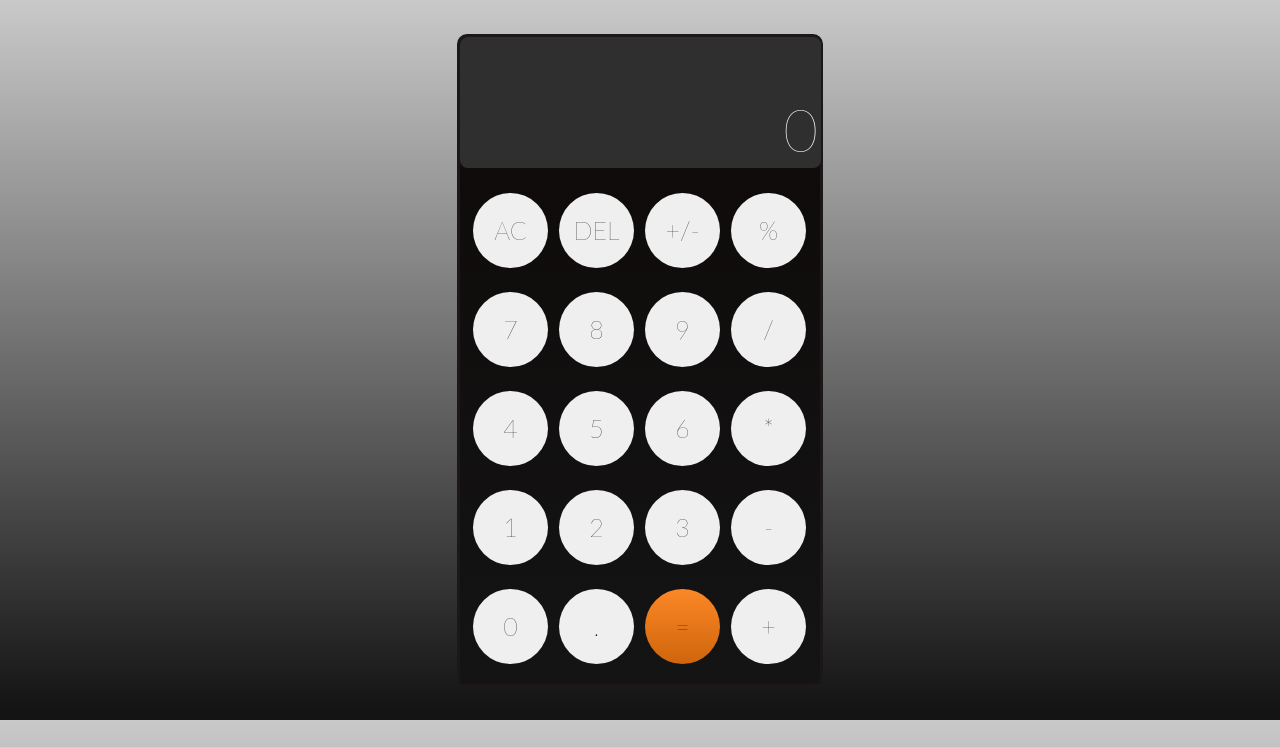
Repository: MhlengiNgubane/BrainnestJsTwo
Page: index.html
The author's editor kept a copy of each file at every save. The page is drawn from the files as they stood at one save, then again after the next save.
The browser window is 1280 px wide. The pictures show the whole page.

Above is the page before, as saved 2022-09-12 09:24:14.

### index.html
<!DOCTYPE html>
<html lang="en">
<head>
    <meta charset="UTF-8">
    <meta http-equiv="X-UA-Compatible" content="IE=edge">
    <meta name="viewport" content="width=device-width, initial-scale=1.0">
    <title>CALCULATOR</title>

    <link rel="stylesheet" href="style.css">
</head>
    <body>
        <div class="wrapper">
            <div class="container">
                <div class = "display"><p>0</p></div>
                <div class="buttons">
                    <button value="AC" class="brown clear">AC</button>
                    <button value="DEL" class="brown delete">DEL</button>
                    <button value="+/-" class="brown plusMinus">+/-</button>
                    <button value="%" class="brown percent">%</button>

                    <button value="7" class="number">7</button>
                    <button value="8" class="number">8</button>
                    <button value="9" class="number">9</button>
                    <button value="/" class="brown operator">/</button>

                    <button value="4" class="number">4</button>
                    <button value="5" class="number">5</button>
                    <button value="6" class="number">6</button>
                    <button value="*" class="brown operator">*</button>

                    <button value="1" class="number">1</button>
                    <button value="2" class="number">2</button>
                    <button value="3" class="number">3</button>
                    <button value="-" class="brown operator">-</button>

                    <button value="0" class="zero number">0</button>
                    <button value="." class="decimal">.</button>
                    <button value="=" class="equal operator">=</button>
                    <button value="+" class="brown operator">+</button>
                </div>
            </div>
        </div>
        <script src="App.js"></script>
    </body>
</html>

### style.css
* {
    border: 0;
    margin: 0;
    padding: 0;
    font-family: 'lato';
    font-weight: 100;
}

body{
    font-family: 'Roboto';
    font-weight: 400;
    background: linear-gradient(360deg, #141414 1.56%, rgba(0, 0, 0, 0.21) 100%);
    width: 100%;
    height: 100vh;
    display: flex;
    flex-direction: column;
    align-items: center;
    justify-content: center;
}



.container{
    align-items: center;
    margin: auto;
    margin-top: 60px;
    width: 360px;
    border: 20px;
    border: 3px solid #1d1818;
    background-color: #130e0e;
    border-radius: 10px;
    margin-bottom: 60px;
}

.display {
    position: relative;
    width: 355px;
    height: 125px;
    border: 3px solid #2f2f2f;
    text-align: right;
    border-radius: 8px;
    background-color: #2f2f2f;
    color: #fff;
}

.display p {
    position: absolute;
    bottom:0;
    right:0;
    font-size: 60px;
}

.buttons{
    display: grid;
    grid-template-columns: repeat(4, 1fr);
    row-gap: 10px;
    column-gap: 10px;
    background: linear-gradient(360deg, #141414 1.56%, rgba(0, 0, 0, 0.21) 100%);
    padding: 18px 13px 13px 13px;
}

button{
    border: 1;
    outline: none;
    height: 75px;
    width: 75px;
    border-radius: 70px;
    text-align: center;
    margin-top: 7px;
    margin-bottom: 7px;
    font-size: 25px;
}

.grey{
    background: linear-gradient(180deg, #7F878C 0%, #4C5154 100%);
}


.equal{
    background: linear-gradient(180deg, #FC8827 0%, #CF650C 100%);
}

@media(max-width: 430px){
    .wrapper{
        width: 100%;
        height: 100%;
        border-radius: 0;
    }

    .buttons{
        row-gap: 5px;
        column-gap: 5px;
        background: linear-gradient(360deg, #141414 1.56%, rgba(0, 0, 0, 0.21) 100%);
        padding: 18px 13px 13px 13px;
    }


}

### App.js
/* Add two numbers */
function add(firstNumber, secondNumber){
  return firstNumber + secondNumber;
}
/* subtract two numbers */
function subtract(firstNumber, secondNumber){
  return firstNumber - secondNumber;
}
/* multiply two numbers */
function multiply(firstNumber, secondNumber){
  return firstNumber * secondNumber;
}
/* divide two numbers */
function divide(firstNumber, secondNumber){
  return firstNumber / secondNumber;
}
/* Make the operations */
function operate(operator, firstNumber, secondNumber){
  if(operator === '+'){
      return add(firstNumber, secondNumber);
  }
  else if(operator === '-'){
      return subtract(firstNumber, secondNumber);
  }
  else if(operator === '*'){
      return multiply(firstNumber, secondNumber);
  }
  else if(operator === '/'){
      return divide(firstNumber, secondNumber);
  }
  return secondNumber;
}

const display = document.querySelector('.display, p');

const calculator = {
  displayValue: '0',
  firstNumber: null,
  operator: null,
  secondNumber: false,
};

function clear() {
  calculator.displayValue = '0';
  calculator.firstNumber = null;
  calculator.operator = null;
  calculator.secondNumber = false;
}

function updateDisplay() {
  display.value = calculator.displayValue;
}

const buttons = document.querySelector('.buttons');
buttons.addEventListener('click', (e) => {
const target = e.target;

  if (!target.matches('button')) {
      return;
  }

  if (target.classList.contains('clear')) {
      clear();
      updateDisplay();
      return;
  }

  if (target.classList.contains('delete')) {
      undo();
      return;
  }

  if (target.classList.contains('plusMinus')) {
      plusMinus();
      return;
  }

  if (target.classList.contains('percent')) {
      percentage();
      return;
  }

  if (target.classList.contains('decimal')) {
      decimal(target.value);
      updateDisplay();
      return;
  }

  if (target.classList.contains('operator')) {
      calculate(target.value);
      updateDisplay();
      return;
  }

      displayNumber(target.value);
      updateDisplay();
});

function undo(){
  display.value = display.value.slice(0, -1);
  calculator.displayValue = display.value;
}

function plusMinus(){
  let displayPlusMinus = calculator.displayValue;
  if(displayPlusMinus >= 0){
      display.value = '-' + displayPlusMinus;
  }
  calculator.displayValue = display.value;
}

function percentage(){
  let displayPercent = calculator.displayValue;
  if(displayPercent != 0){
      display.value = displayPercent / 100;
  }
 calculator.displayValue = display.value;
}

function decimal(dot) {
  if (calculator.secondNumber === true) {
      calculator.displayValue = '0.'
      calculator.secondNumber = false;
      return
  }
  if (!calculator.displayValue.includes(dot)) {
      calculator.displayValue += dot;
  }
}

function displayNumber(number) {
  let displayValue = calculator.displayValue;
  const secondNumber = calculator.secondNumber;

  if (secondNumber === true) {
      calculator.displayValue = number;
      calculator.secondNumber = false;
  }
  else if(displayValue === '0'){
      calculator.displayValue = number;
  }
  else{
      calculator.displayValue = displayValue + number;
  }
}

function calculate(inputOperator) {
  const firstNumber = calculator.firstNumber;
  const displayValue = calculator.displayValue;
  const operator  = calculator.operator;

  const inputValue = parseFloat(displayValue);

  if (operator && calculator.secondNumber)  {
      calculator.operator = inputOperator;
      return;
    }

  if (firstNumber == null) {
      calculator.firstNumber = inputValue;

  } else if (operator) {
      const result = operate(operator, firstNumber, inputValue);
      calculator.displayValue = `${parseFloat(result.toFixed(6))}`;
      calculator.firstNumber = result;
  }
  calculator.secondNumber = true;
  calculator.operator = inputOperator;
  console.log(calculator);
}

After the next save:
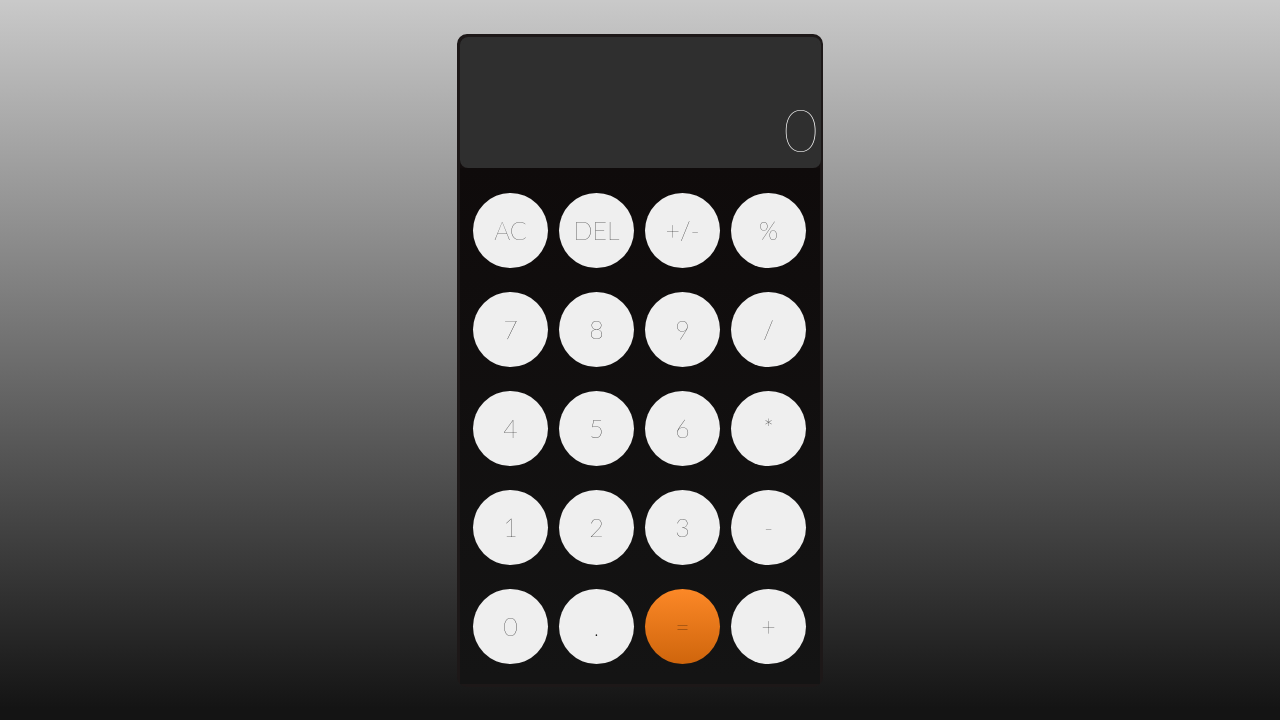
Saved 18 s later.
--- a/index.html
+++ b/index.html
@@ -9,7 +9,7 @@
     <link rel="stylesheet" href="style.css">
 </head>
     <body>
-        <div class="wrapper">
+
             <div class="container">
                 <div class = "display"><p>0</p></div>
                 <div class="buttons">
